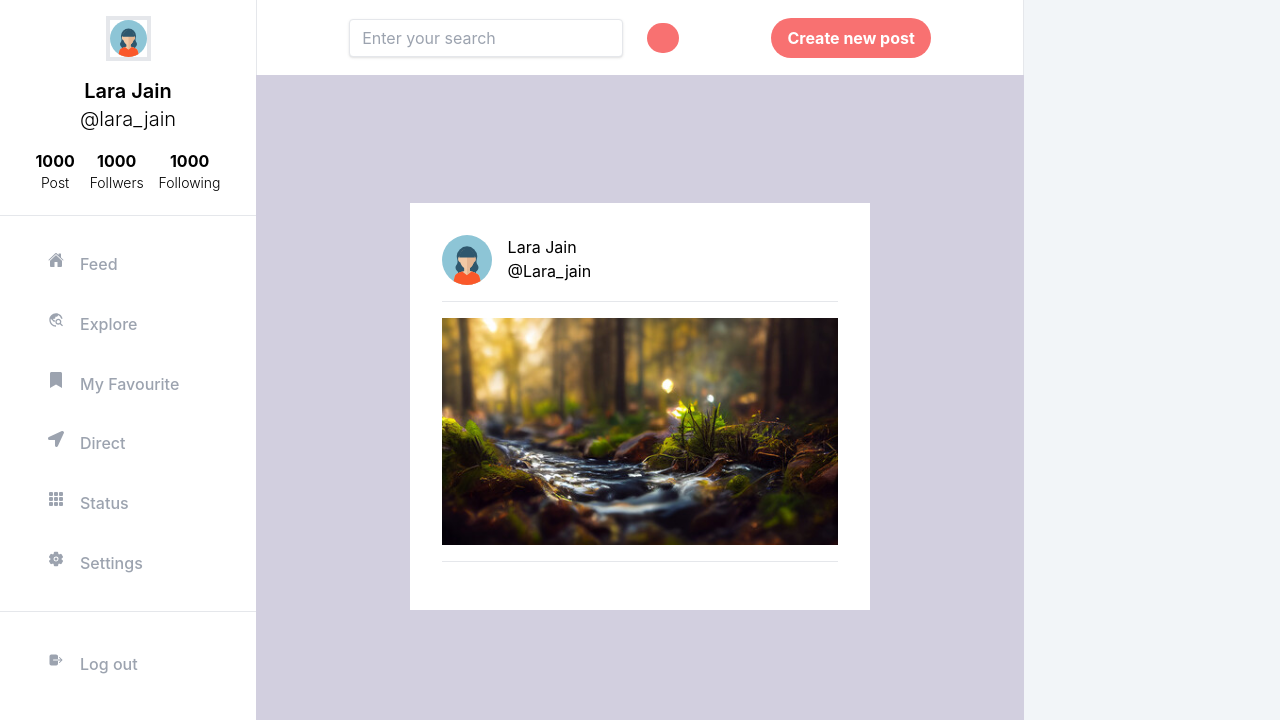
Repository: cosmicswati/upgrad-captions-project
Page: /account/signup
These files come from the project's save history. The page is drawn as it stood at one moment and after the next save; the edit follows.
The browser window is 1280 px wide. The pictures show the whole page.
An inner scrolling area shows only its first screen. The project was rebuilt for these pictures with package versions that can differ from the ones it lists, and the page was loaded fresh each time. Also part of the build but not shown: src/modules/Home/data.js, src/modules/Authorization/Form.jsx, src/modules/Authorization/index.js.

Above is the page before, as saved 2024-04-12 11:34:13.

After the next save:
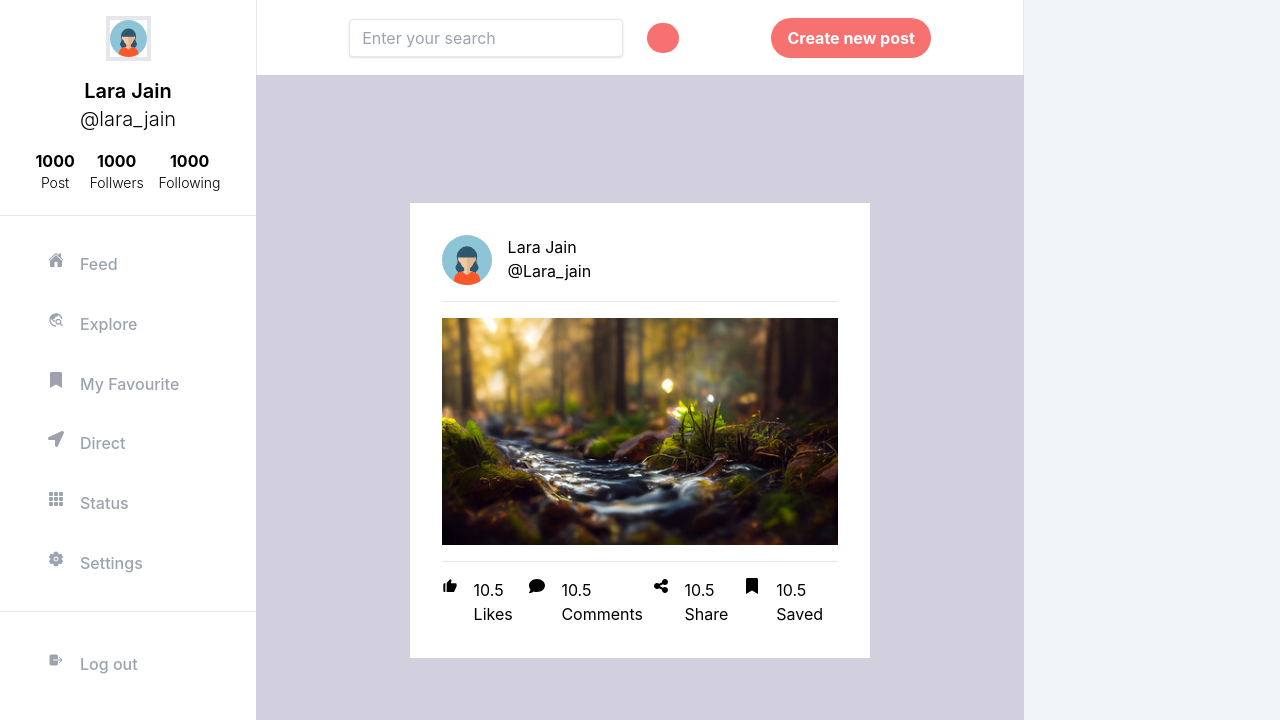
Saved 11 s later.
--- a/src/modules/Home/index.js
+++ b/src/modules/Home/index.js
@@ -72,7 +72,13 @@ const Home = () => {
                 <div className='border-b pb-4 mb-4'>
                     <img src={postImg} width={'500px'}/>
                 </div>
+                <div className='flex justify-evenly mt-4'>
+                <div className='flex cursor-pointer hover:text-[#F00F51]'><span className='mr-4'><BiSolidLike /></span>10.5 Likes</div>
+                <div className='flex cursor-pointer hover:text-[#F00F51]'><span className='mr-4'><FaComment /></span>10.5 Comments</div>
+                <div className='flex cursor-pointer hover:text-[#F00F51]'><span className='mr-4'><FaShareNodes /></span>10.5 Share</div>
+                <div className='flex cursor-pointer hover:text-[#F00F51]'><span className='mr-4'><FaBookmark /></span>10.5 Saved</div>
 
+                </div>
             </div>
             <div className='bg-white w-[60%]  mx-auto mt-32 p-8'>
                 <div className='border-b flex item-center pb-4 mb-4'>
